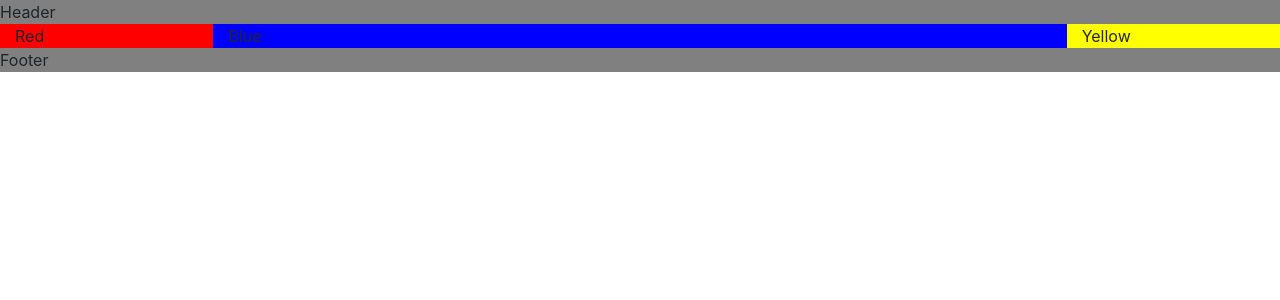
Repository: Eri-Naka/test
Page: boot/WebContent/index.html
An editor plug-in stored every save of this project. The page is shown before and after the next save, followed by the edit.
The browser window is 1280 px wide. The pictures show the whole page.

Above is the page before, as saved 2018-06-25 05:21:40.

After the next save:
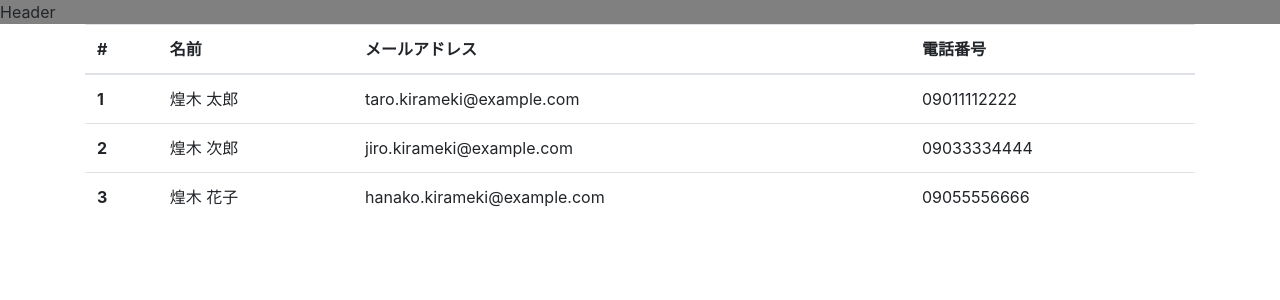
Saved 107 s later.
--- a/boot/WebContent/index.html
+++ b/boot/WebContent/index.html
@@ -24,13 +24,39 @@ text-align: center;
   <body>
   <header style="background-color:gray">Header</header>
 <div class="container-fluid">
-  <div class="row">
-    <div class="col-sm-2" style="background-color:red;">Red</div>
-    <div class="col-sm-8 hidden-sm" style="background-color:blue;">Blue</div>
-    <div class="col-sm-2" style="background-color:yellow;">Yellow</div>
-  </div>
+  <div class="container">
+  <table class="table">
+    <thead>
+      <tr>
+        <th>#</th>
+        <th>名前</th>
+        <th>メールアドレス</th>
+        <th>電話番号</th>
+      </tr>
+    </thead>
+    <tbody>
+      <tr>
+        <th scope="row">1</th>
+          <td>煌木 太郎</td>
+          <td>taro.kirameki@example.com</td>
+          <td>09011112222</td>
+      </tr>
+      <tr>
+        <th scope="row">2</th>
+          <td>煌木 次郎</td>
+          <td>jiro.kirameki@example.com</td>
+          <td>09033334444</td>
+      </tr>
+      <tr>
+        <th scope="row">3</th>
+          <td>煌木 花子</td>
+          <td>hanako.kirameki@example.com</td>
+          <td>09055556666</td>
+      </tr>
+    </tbody>
+  </table>
 </div>
-<footer style="background-color:gray">Footer</footer>
+
     <!-- Optional JavaScript -->
     <!-- jQuery first, then Popper.js, then Bootstrap JS -->
     <script src="https://code.jquery.com/jquery-3.3.1.slim.min.js" integrity="sha384-q8i/X+965DzO0rT7abK41JStQIAqVgRVzpbzo5smXKp4YfRvH+8abtTE1Pi6jizo" crossorigin="anonymous"></script>
